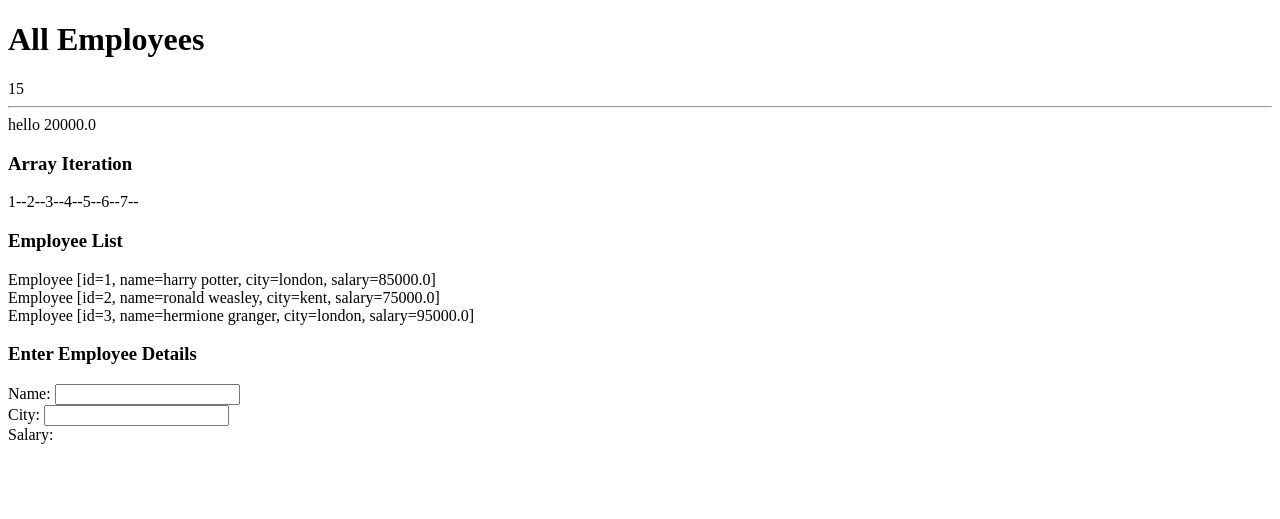
Repository: imtiyaz-hirani/cg-jan-23
Page: http://localhost/MySpringApp/employees
The author's editor kept a copy of each file at every save. The page is drawn from the files as they stood at one save, then again after the next save.
The browser window is 1280 px wide. The pictures show the whole page.
The page is served by Tomcat 9.

Above is the page before, as saved 2023-01-12 09:26:23.

After the next save:
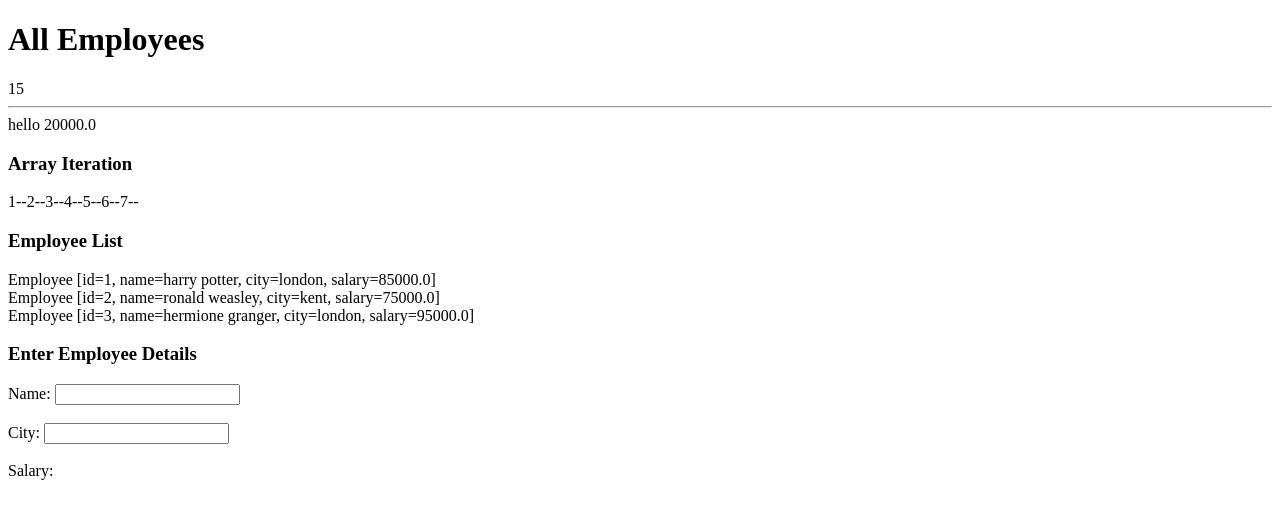
Saved 16 s later.
--- a/MySpringApp/WebContent/WEB-INF/jsps/employees.jsp
+++ b/MySpringApp/WebContent/WEB-INF/jsps/employees.jsp
@@ -46,9 +46,9 @@ int y=10;
  <h3>Enter Employee Details</h3>
  <form action="" method="">
  	<label>Name: </label>
- 	<input type="text" name="ename"> <br />
+ 	<input type="text" name="ename"> <br /> <br />
  	<label>City: </label>
- 	<input type="text" name="ecity"> <br />
+ 	<input type="text" name="ecity"> <br /> <br />
  	<label>Salary: </label> <br />
  </form>
 </body>
